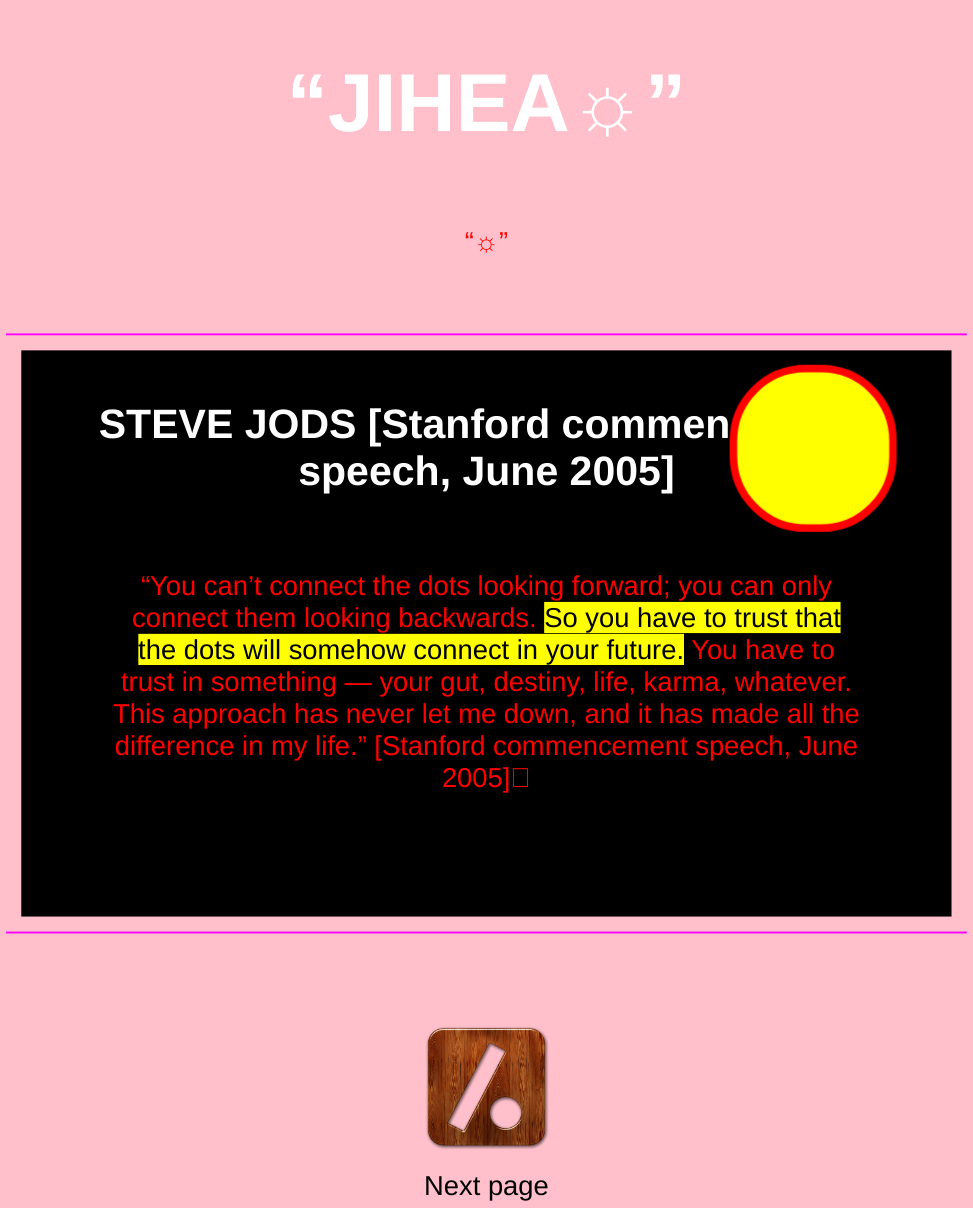
Repository: jangj879/jangj879.github.io
Page: 1_page.html
The author's editor kept a record of every edit. The page is drawn from the files as they stood at one moment, then again after the next edit.
The browser window is 1280 px wide. The pictures show the whole page, at 76% of full size.

Above is the page before.

After the next edit:
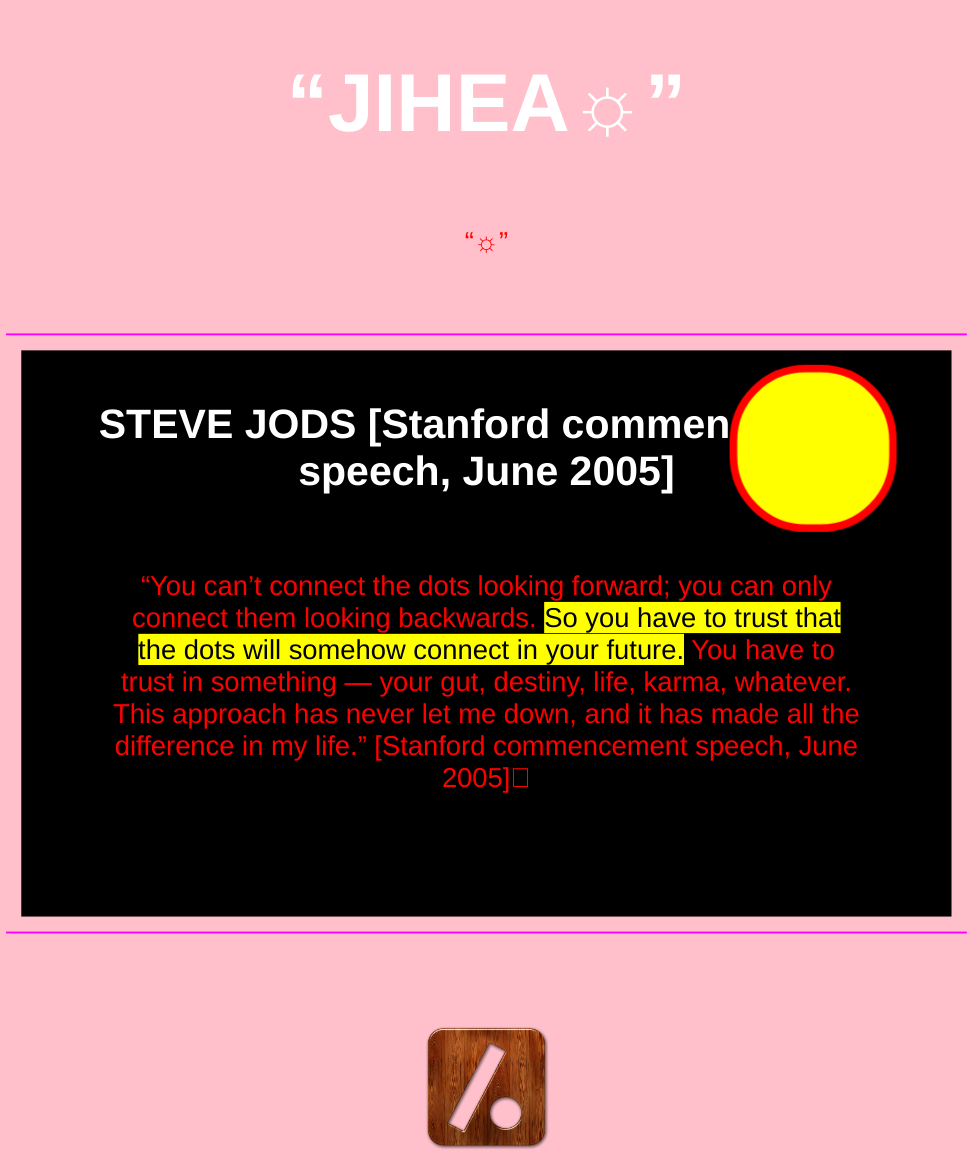
The edit:
--- a/1_page.html
+++ b/1_page.html
@@ -45,8 +45,7 @@
         <br></br>
         <div class="img"><center>
         <a target="_blank" href="2_page"><img src="icon2.png" alt="Klematis" width="200" height="200"></a></center>
+        </div>
 
-    </div>
-    <a href="2_page">Next page</div></a>
-    </body>
+     </body>
 </html>
